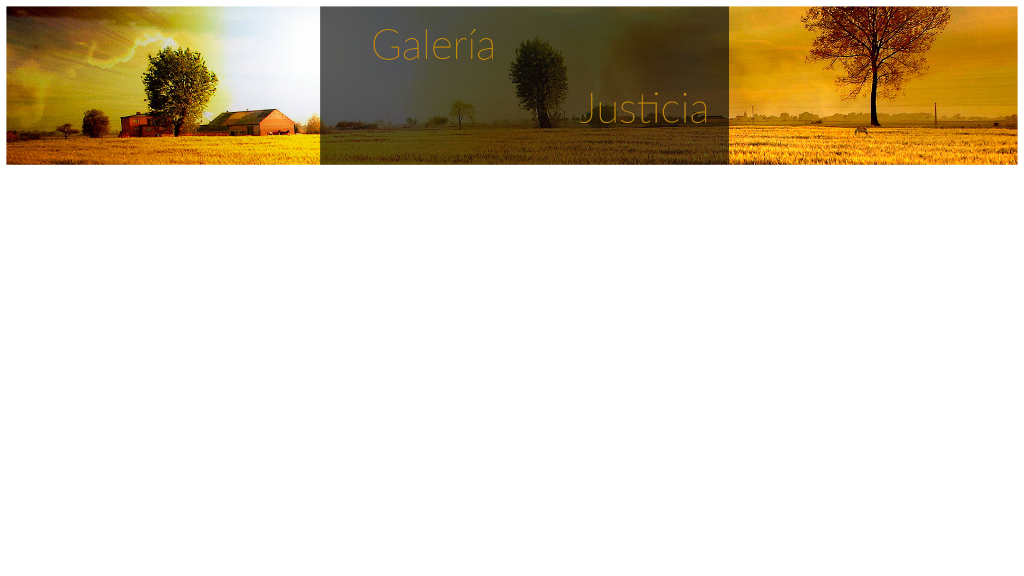
Repository: mmarjusticia/proyectoGaleria
Page: templates/_plantilla.html
The author's editor kept a record of every edit. The page is drawn from the files as they stood at one moment, then again after the next edit.
The browser window is 1280 px wide. The pictures show the whole page, at 80% of full size.

Above is the page before.

### templates/_plantilla.html
<!DOCTYPE html>
<html id="html">

<head>
    <meta charset="utf-8">
    <meta http-equiv="X-UA-Compatible" content="IE=edge">
    <title>Galería</title>
    <link rel="stylesheet" type="text/css" href="css/estilo.css" />
</head>
<body>
    <header>
        <img id="imagenHeader" src="css/galeria2.jpg"/>

    </header>
    <div id="contenedor>
    {contenidoParticular}
    </div>
    <footer>
    <img id="pie" src="css/pie.jpg">
    </footer>
</body>

</html>

### css/estilo.css
@font-face {
    font-family: 'ralewayregular';
    src: url('../fuentes/raleway-regular-webfont.eot');
    src: url('../fuentes/raleway-regular-webfont.eot?#iefix') format('embedded-opentype'),
    url('../fuentes/raleway-regular-webfont.woff2') format('woff2'),
    url('../fuentes/raleway-regular-webfont.woff') format('woff'),
    url('../fuentes/raleway-regular-webfont.ttf') format('truetype'),
    url('../fuentes/raleway-regular-webfont.svg#ralewayregular') format('svg');
    font-weight: normal;
    font-style: normal;
}



#imagenHeader{width:100%;}
#pie{width: 100%;}
#contenedor1{background-color:white;
            width:100%;
            margin-top:-2%;
}
#contenedor2{
            background-color:black;
            width:100%;

}
#lista1{width:50%;
        margin:0 auto;
        margin-top:6%;

        background-color:black;
}
.lista2{width:48%;
        height:500px;
        margin-top:1%;
        float:left;

        background-color:#500105;
}
li{list-style:none;}
.imCuadro1{width:70%;
            padding-left:15%;

}
.imCuadro2{width:70%;
            padding-left:15%;

}
#titulo1,#titulo2{text-align:center;
            padding-top:3%;
            color:white;
}
#descripcion1,#descripcion2{color:white;
            width:30%;
            text-align:center;
            margin:0 auto;
            padding-bottom:2%;
            margin-top:5%;
}
#form{width:30%;
            margin:0 auto;
            background-color:c7bfad;
            color:black;
            height:100px;
            background-color:#79705e;
             background-color:#918772;
            line-style:none;
            color:black;
            padding:5%;
            font-family:ralewayregular;
}
#form input{padding:1%;
            width:40%;
            border:2px solid #79705e;
            font-family:ralewayregular;
}
#contenedor{width:100%;
        background-color:#0d0a0a;
        margin-top:-1%;
        height:1080px;
         padding-top:3%;
         text-align:center;
         color:#bcbcbc;
         line-height:25pt;
}
#principal{width:50%;
            margin:0 auto;
            background-color:c7bfad;
            color:black;
            height:100px;
            background-color:#79705e;
            line-style:none;
            color:black;
            padding-top:5%;
             padding-bottom:5%;
              padding-right:5%;
               padding-left:3%;


}
.enlaces,.borrar{list-style:none;
        text-decoration:none;
        color:#bcbcbc;;
           font-family:ralewayregular;
           font-size:1.1em;
}
.bienvenido{color:white;
        font-family:ralewayregular;
}
#entrada{color:white;
        font-family:ralewayregular;
        font-size:1.3em;
}

.artistas{width:35%;
        font-family:ralewayregular;
        font-size:1.3em;
        margin:0 auto;

}
.verLista,.borrar{color:white;
            font-size:0.8em;
            list-style: none;
    text-decoration: none;
    color: white;
}
.titulo{font-family:ralewayregular;
        font-size:1.3em;}

After the next edit:
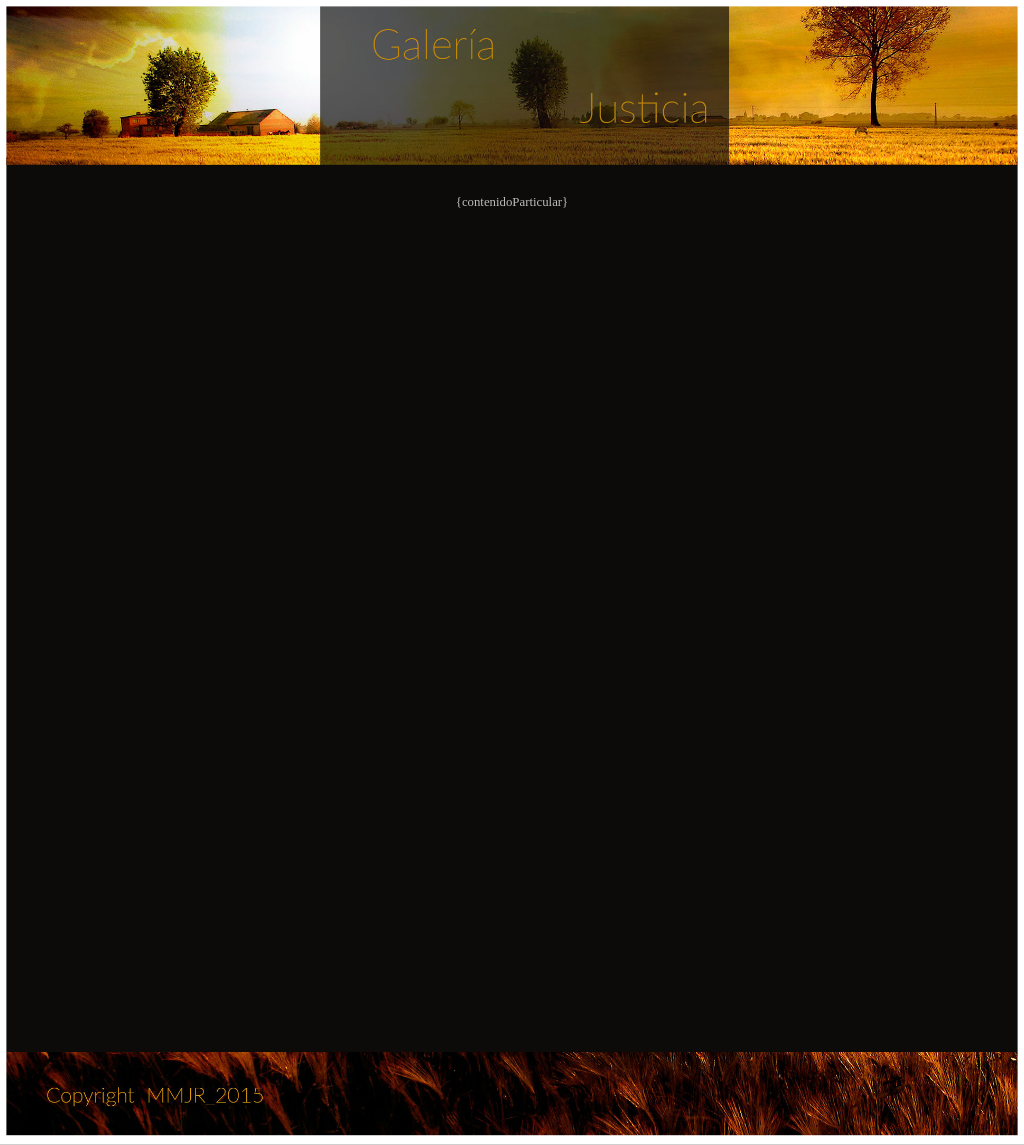
The edit:
--- a/templates/_plantilla.html
+++ b/templates/_plantilla.html
@@ -12,7 +12,7 @@
         <img id="imagenHeader" src="css/galeria2.jpg"/>
 
     </header>
-    <div id="contenedor>
+    <div id="contenedor">
     {contenidoParticular}
     </div>
     <footer>
